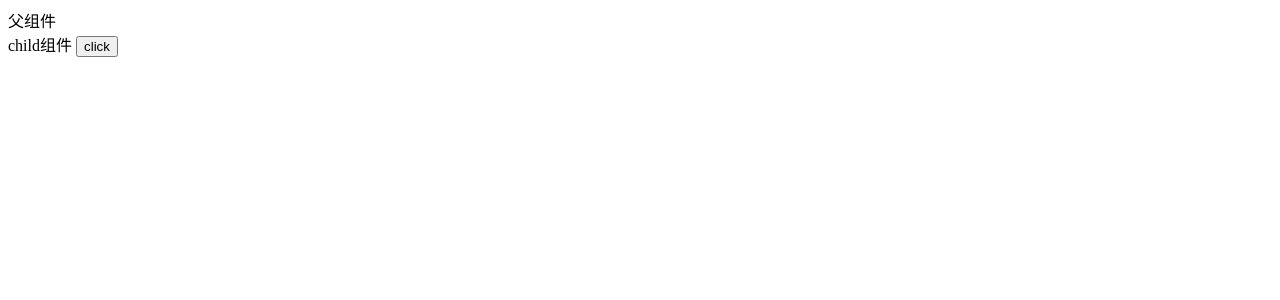
Repository: xiemin2161/mytest
Page: 02-2-组件子传父.html
The author's editor kept a copy of each file at every save. The page is drawn from the files as they stood at one save, then again after the next save.
The browser window is 1280 px wide. The pictures show the whole page.

Above is the page before, as saved 2023-02-02 09:15:42.

After the next save:
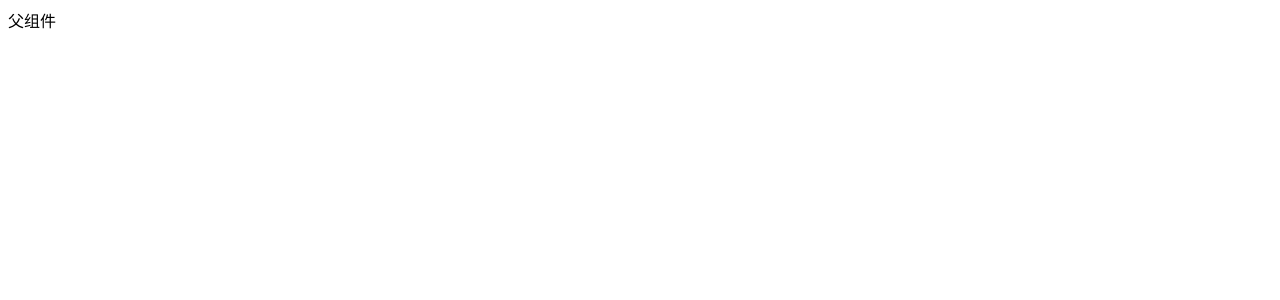
Console error: SyntaxError: Invalid or unexpected token
Saved 78 s later.
--- a/02-2-组件子传父.html
+++ b/02-2-组件子传父.html
@@ -31,6 +31,11 @@
             childname: "子组件的状态",
           };
         },
+        methods: {
+          payMoney() {
+            this.@emit('myevent')
+          }
+        },
       });
 
       new Vue({

After the save that followed:
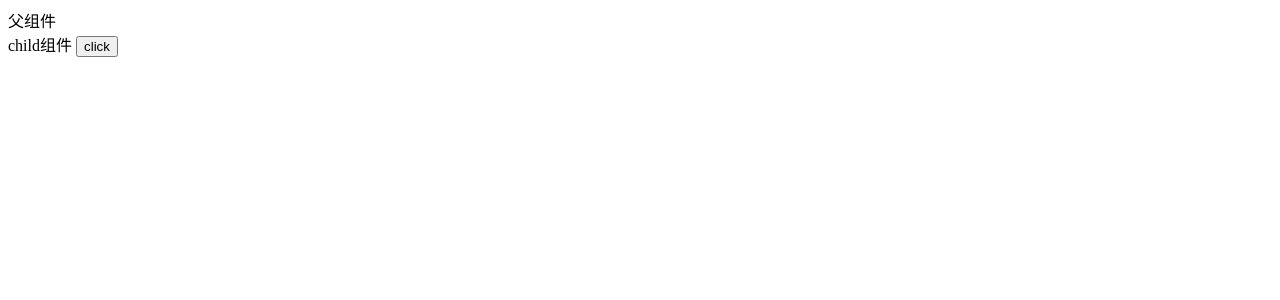
The error is gone.
Saved 11 s later.
--- a/02-2-组件子传父.html
+++ b/02-2-组件子传父.html
@@ -33,8 +33,8 @@
         },
         methods: {
           payMoney() {
-            this.@emit('myevent')
-          }
+            this.$emit("myevent");
+          },
         },
       });
 
